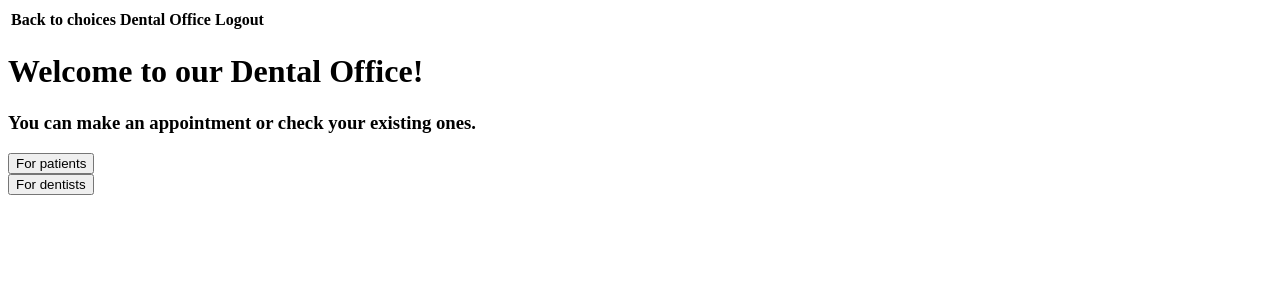
Repository: ThEgIGN/DentalOfficeWebApplication
Page: http://localhost/DentalOfficeWEB/
These files come from the project's save history. The page is drawn as it stood at one moment and after the next save; the edit follows.
The browser window is 1280 px wide. The pictures show the whole page.
The page is served by Tomcat 9. Nobody is signed in. The application's start-up code is not run.

Above is the page before, as saved 2023-06-16 09:54:10.

After the next save:
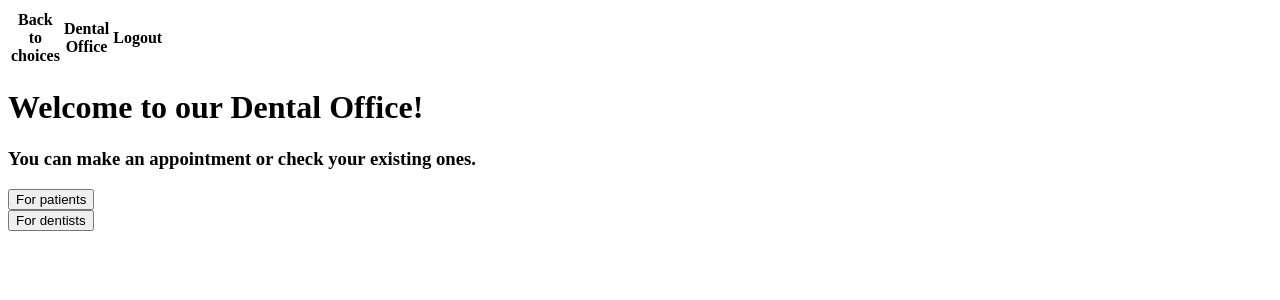
Saved 106 s later.
--- a/DentalOfficeProject/DentalOfficeWEB/src/main/webapp/index.jsp
+++ b/DentalOfficeProject/DentalOfficeWEB/src/main/webapp/index.jsp
@@ -7,7 +7,7 @@
 <title>Dental Office Name</title>
 </head>
 <body>
-	<table style="1">
+	<table width="100">
 		<tr>
 			<th>Back to choices</th>
 			<th>Dental Office</th>
